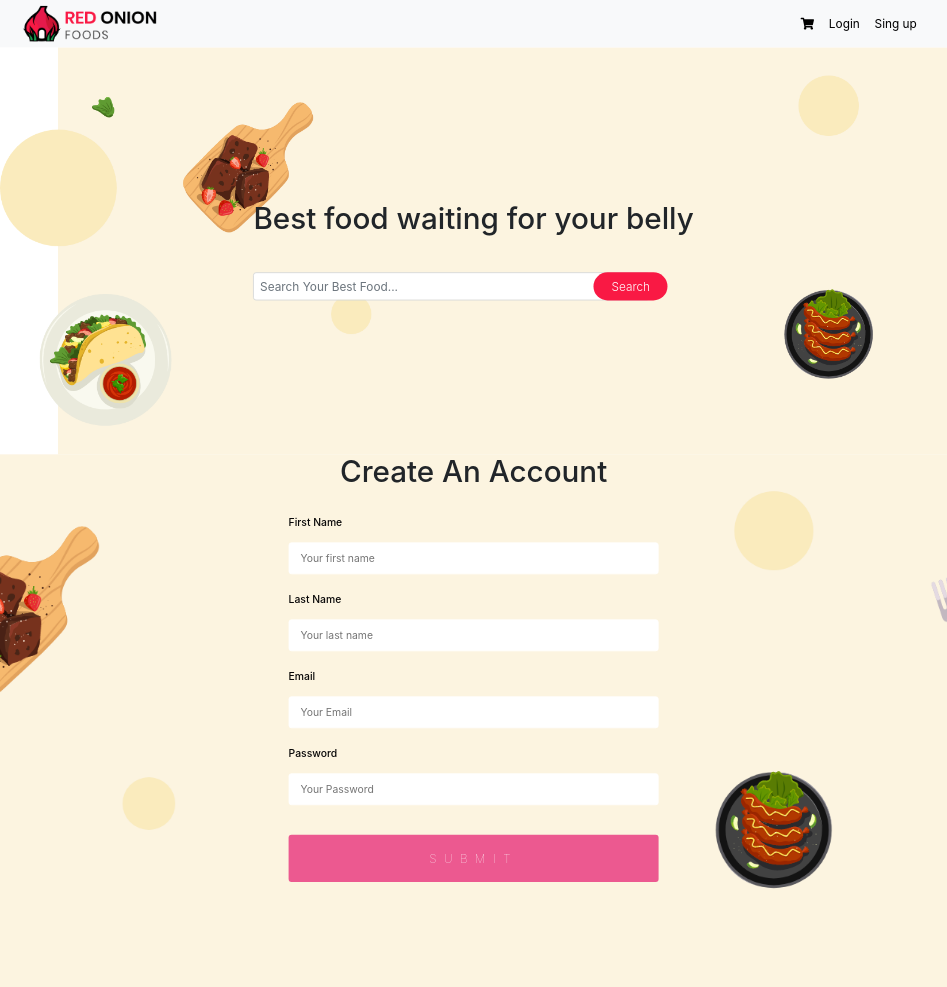
Repository: arif286/red-onion-client
Page: /singUp
An editor plug-in stored every save of this project. The page is shown before and after the next save, followed by the edit.
The browser window is 1280 px wide. The pictures show the whole page, at 74% of full size.
The project was rebuilt for these pictures with package versions that can differ from the ones it lists, and the page was loaded fresh each time. Some packages were replaced by stand-ins written for this rebuild. Also part of the build but not shown: src/App.css, src/components/FoodDetails/FoodDetail.css, src/components/FoodDetails/FoodDetail.js, src/components/DeliveryFood/DeliveryFood.js, src/components/Food/Food.css, src/components/Food/FoodItem.js, src/components/Food/Food.js, src/components/Home/Home.js and 2 more.

Above is the page before, as saved 2021-03-26 00:24:41.

### src/App.js
import "bootstrap/dist/css/bootstrap.min.css";
import React, { createContext, useState } from "react";
import { BrowserRouter as Router, Route, Switch } from "react-router-dom";
import './App.css';
import FoodDetail from "./components/FoodDetails/FoodDetail";
import Header from "./components/Header/Header";
import Home from './components/Home/Home';
import Login from "./components/LogIn/Login";
import SearchBar from "./components/SearchBar/SearchBar";
import SingUp from "./components/SingUp/SingUp";


export const UserContext = createContext();
function App() {
  const [loggedInUser, setLoggedInUser] = useState({});
  return (
    <UserContext.Provider value={[loggedInUser, setLoggedInUser]}>
      <Router>
        <Header/>
        <SearchBar/>
        <Switch>
          <Route path="/home">
            <Home />
          </Route>
          <Route path="/singUp">
            <SingUp />
          </Route>
          <Route path="/login">
            <Login />
          </Route>
          <Route path='/food/details/:foodId'>
            <FoodDetail/>
          </Route>
          <Route exact path="/">
            <Home />
          </Route>
        </Switch>
      </Router>
    </UserContext.Provider>
  );

}

export default App;

### src/components/Header/Header.js
import { faShoppingCart } from "@fortawesome/free-solid-svg-icons";
import { FontAwesomeIcon } from "@fortawesome/react-fontawesome";
import React from 'react';
import { NavLink } from "react-router-dom";
import logo from '../../onion-restaurent/logo2.png';
import './Header.css';
const cart = <FontAwesomeIcon icon={faShoppingCart} />;
const Header = () => {
    const header = {
        logo : {width: '180px'}
    }
    return (
      <div>
        <nav className="navbar navbar-expand-lg navbar-light bg-light">
          <div className="container-fluid">
            <div>
              <img style={header.logo} src={logo} alt="" />
            </div>
            <button
              className="navbar-toggler"
              type="button"
              data-bs-toggle="collapse"
              data-bs-target="#navbarNav"
              aria-controls="navbarNav"
              aria-expanded="false"
              aria-label="Toggle navigation"
            >
              <span className="navbar-toggler-icon"></span>
            </button>
            <div
              className="collapse  navbar-collapse justify-content-end"
              id="navbarNav"
            >
              <ul className="navbar-nav">
                <li className="nav-item">
                  <NavLink className="header-link" to="/">
                    {cart}
                  </NavLink>
                </li>
                <li className="nav-item">
                  <NavLink className="header-link" to="/login">
                    Login
                  </NavLink>
                </li>
                <li className="nav-item">
                  <NavLink className="header-link" to="/singUp">
                    Sing up
                  </NavLink>
                </li>
              </ul>
            </div>
          </div>
        </nav>
      </div>
    );
};

export default Header;

### src/components/SearchBar/SearchBar.js
import React from 'react';
import background from '../../onion-restaurent/bannerbackground.png';
import './SearchBar.css';


const SearchBar = () => {
    const searchBg = {
        bgImage: {
            backgroundImage: `url(${background})`,
            backgroundRepeat: 'no-repeat, repeat',
            width: '100%',
            height: '550px',
            backgroundSize: 'cover'
        },
        submitBtn: {

        },
        searchBar: {
            width: '50%'
        }
    }
    return (
      <div
        className="d-flex justify-content-center align-items-center"
        style={searchBg.bgImage}
      >
        <div>
          <h1>Best food waiting for your belly</h1>
          <div className="d-flex mt-5">
            <input
              className="form-control searchBar"
              type="text"
              placeholder="Search Your Best Food..."
            />
            <input className="search-btn" type="submit" value="Search" />
          </div>
        </div>
      </div>
    );
};

export default SearchBar;

### src/components/SingUp/SingUp.js
import React, { useContext } from 'react';
import { useForm } from "react-hook-form";
import { UserContext } from '../../App';
import image from '../../onion-restaurent/bannerbackground.png';
import { createAccountWithEmailPassword, initializeLoginFramework } from '../LogIn/LoginManager';
import './SingUp.css';
const bgImage = {
  backgroundImage: `url(${image})`,
  backgroundRepeat: "no-repeat, repeat",
  height: "100vh",
  backgroundSize: "cover",
    backgroundPosition: "bottom",
};

const SingUp = () => {
    const [loggedInUser, setLoggedInUser] = useContext(UserContext);
    const { register, handleSubmit, errors } = useForm();
    initializeLoginFramework();
    const onSubmit = (data) => {
        const { firstName, lastName, email, password } = data;
        const name = `${firstName} ${lastName}`
        createAccountWithEmailPassword(email, password, name)
        .then(res => {
            setLoggedInUser(res);
        }).catch(errors => {
            setLoggedInUser(errors);
        })
    };

    return (
      <div style={bgImage}>
        <h1 className="form-header"> Create An Account</h1>
        <form className="form-submit" onSubmit={handleSubmit(onSubmit)}>
          <label htmlFor="firstName">First Name</label>
          <input
            defaultValue=""
            name="firstName"
            placeholder="Your first name"
            ref={register({
              validate: (value) => value.length > 3,
              required: true,
            })}
          />
          {errors.firstName && <p>Your first name is less than 3 characters</p>}

          <label htmlFor="lastName">Last Name</label>
          <input
            defaultValue=""
            name="lastName"
            placeholder="Your last name"
            ref={register({
              validate: (value) => value.length > 2,
              required: true,
            })}
          />
          {errors.lastName && <p>Your last name is less than 2 characters</p>}

          <label htmlFor="email">Email</label>
          <input
            defaultValue=""
            name="email"
            placeholder="Your Email"
            type="email"
            ref={register({
              required: true,
              pattern: /^(([^<>()[\]\\.,;:\s@"]+(\.[^<>()[\]\\.,;:\s@"]+)*)|(".+"))@((\[[0-9]{1,3}\.[0-9]{1,3}\.[0-9]{1,3}\.[0-9]{1,3}\])|(([a-zA-Z\-0-9]+\.)+[a-zA-Z]{2,}))$/,
            })}
          />
          {errors.email && <p>Your email is invalid</p>}

          <label htmlFor="password">Password</label>
          <input
            defaultValue=""
            name="password"
            placeholder="Your Password"
            type="password"
            ref={register({
              required: true,
              pattern: /^(?=.*\d)(?=.*[a-z])(?=.*[A-Z]).{6,20}$/,
            })}
          />
          {errors.password && (
            <p>
              password between 6 to 20 characters which contain one numeric
              digit, one uppercase and one lowercase letter.
            </p>
          )}

          <input type="submit" />
          {loggedInUser.error && (
            <p>The email address is already in use by another account</p>
          )}
        </form>
      </div>
    );
};

export default SingUp;

### src/components/Header/Header.css
.header-link {
  color: black;
  display: inline-block;
  padding: 10px;
}
.header-link:hover {
  text-decoration: none;
  color: #777777;
}

### src/components/LogIn/LoginManager.js
import firebase from "firebase/app";
import "firebase/auth";
import firebaseConfig from "./firebase.config";


export const initializeLoginFramework = () => {
  if (firebase.apps.length === 0) {
    firebase.initializeApp(firebaseConfig);
  }
};

const provider = new firebase.auth.GoogleAuthProvider();

export const handleGoogleSingIn = () => {
    return firebase
      .auth()
      .signInWithPopup(provider)
      .then((result) => {

          const { displayName, email, phoneNumber, photoURL } = result.user;
          const signInUser = {
              isSignIn: true,
              name: displayName,
              email: email,
              phone: phoneNumber,
              photo: photoURL,
          };
          return signInUser;
      })
      .catch((error) => {
        // Handle Errors here.
        const signInUser = {
          isSignIn: false,
          name: '',
          email: '',
          password: '',
          phone: '',
          photo: '',
        }
        signInUser.error = error.message;
        return signInUser;
      });
}
export const logInWithEmailPassword = (email, password) => {
    return firebase
      .auth()
      .signInWithEmailAndPassword(email, password)
      .then(res => {
        const { displayName, email, password, phone, photoURL } = res.user;
        const loggedInUserInfo = {
          isSignedIn: true,
          name: displayName,
          email: email,
          password: password,
          photo: photoURL,
          phone: phone,
        };
        loggedInUserInfo.error = '';
        loggedInUserInfo.success = true;
      console.log(res.user);
        return loggedInUserInfo;
          })
      .catch((error) => {
          const loggedInUserInfo = {};
          loggedInUserInfo.error = error.message;
        loggedInUserInfo.success = false;
        console.log(error.message)
        return loggedInUserInfo;
      });
}

export const createAccountWithEmailPassword = (email, password, name) => {
  return firebase
    .auth()
    .createUserWithEmailAndPassword(email, password)
    .then((res) => {
      const { email, password, displayName } = res;
      const newUserInfo = {
        email: email,
        password: password,
        name: displayName,
      };
      newUserInfo.error = '';
      newUserInfo.success = true;
      updateUserName(name);
      return newUserInfo;
    })
    .catch((error) => {
      console.log(error);
      const newUserInfo = {};
      newUserInfo.error = error.message;
      newUserInfo.success = false;
      return newUserInfo;
    });
};

const updateUserName = (name) => {
  const user = firebase.auth().currentUser;

  user
    .updateProfile({
      displayName: name,
    })
    .then(function () {
      // Update successful.
      console.log("user name update");
    })
    .catch(function (error) {
      // An error happened.
      console.log(error);
    });
};

const fbProvider = new firebase.auth.FacebookAuthProvider();

export const handleFacebookSignIn = () => {
   return firebase
    .auth()
    .signInWithPopup(fbProvider)
    .then((result) => {
      const { displayName, email, phoneNumber, photoURL } = result.user;
      const signInUser = {
        isSignIn: true,
        name: displayName,
        email: email,
        phone: phoneNumber,
        photo: photoURL,
      };
      return signInUser;
    })
     .catch((error) => {
      console.log(error);
      const signInUser = {
        isSignIn: false,
        name: "",
        email: "",
        password: "",
        phone: "",
        photo: "",
      };
      signInUser.error = error.message;
      return signInUser;

      // ...
    });
}

### src/components/SearchBar/SearchBar.css
.search-btn {
  outline: none;
  background-color: #f91944;
  display: inline-block;
  width: 100px;
  padding: 7px;
  border-radius: 50px;
  color: white;
  border: none;
  font-weight: 300;
  position: absolute;
  margin-left: 460px;
}
.searchBar {
  position: relative;
  width: 90%;
  padding: 8px;
}

### src/components/SingUp/SingUp.css
.form-submit {
  max-width: 500px;
  margin: 0 auto;
}

.form-header {
  /* font-weight: 100; */
  text-align: center;
  padding-bottom: 10px;
}

.form {
  background: #0e101c;
  max-width: 400px;
  margin: 0 auto;
}

.form-submit p {
  color: #bf1650;
}

.form-submit p::before {
  display: inline;
  content: "⚠ ";
}

.form-submit input {
  display: block;
  box-sizing: border-box;
  width: 100%;
  border-radius: 4px;
  border: 1px solid white;
  padding: 10px 15px;
  margin-bottom: 10px;
  font-size: 14px;
}

.form-submit label {
  line-height: 2;
  text-align: left;
  display: block;
  margin-bottom: 13px;
  margin-top: 20px;
  color: #080707;
  font-size: 14px;
  font-weight: 500;
}

button[type="submit"],
.form-submit input[type="submit"] {
  background: #ec5990;
  color: white;
  text-transform: uppercase;
  border: none;
  margin-top: 40px;
  padding: 20px;
  font-size: 16px;
  font-weight: 100;
  letter-spacing: 10px;
}

button[type="submit"]:hover,
.form-submit input[type="submit"]:hover {
  background: #bf1650;
}

/* button[type="submit"]:active,
.form-submit input[type="button"]:active,
.form-submit input[type="submit"]:active {
  transition: 0.3s all;
  transform: translateY(3px);
  border: 1px solid transparent;
  opacity: 0.8;
}

.form-submit input:disabled {
  opacity: 0.4;
}

.form-submit input[type="button"]:hover {
  transition: 0.3s all;
}

button[type="submit"],
.form-submit input[type="button"],
.form-submit input[type="submit"] {
  -webkit-appearance: none;
}

.App {
  max-width: 600px;
  margin: 0 auto;
}

button[type="button"] {
  display: block;
  appearance: none;
  background: #333;
  color: white;
  border: none;
  text-transform: uppercase;
  padding: 10px 20px;
  border-radius: 4px;
}

pre {
  color: white;
}

hr {
  margin-top: 30px;
}

button {
  display: block;
  appearance: none;
  margin-top: 40px;
  border: 1px solid #333;
  margin-bottom: 20px;
  text-transform: uppercase;
  padding: 10px 20px;
  border-radius: 4px;
} */

### src/components/LogIn/firebase.config.js
const firebaseConfig = {
  apiKey: "AIzaSyBWzfoc-TsST_RbsttCqWiNlDbUF6bRq4I",
  authDomain: "red-onion-food-shop.firebaseapp.com",
  projectId: "red-onion-food-shop",
  storageBucket: "red-onion-food-shop.appspot.com",
  messagingSenderId: "577645791834",
  appId: "1:577645791834:web:0a8111144bda71c388e663",
};
export default firebaseConfig;

### src/components/Footer/Footer.js
import React from 'react';
import { NavLink } from 'react-bootstrap';
import Logo from '../../onion-restaurent/logo2.png';
import './Footer.css';

const Footer = () => {
    return (
      <footer>
        <div className="container">
          <div className="row pt-5">
            <div className="col-md-6 col-sm-12 pb-4">
              <img className="footer-img" src={Logo} alt="" />
            </div>
            <div className="col-md-3 col-sm-12 pb-4">
              <ul className="nav flex-column">
                <li className="nav-item">
                  <NavLink
                    className="nav-link active footer-link"
                    aria-current="page"
                    to="/"
                  >
                    About online food
                  </NavLink>
                </li>
                <li className="nav-item">
                  <NavLink className="nav-link footer-link" to="/">
                    Read our blog
                  </NavLink>
                </li>
                <li className="nav-item">
                  <NavLink className="nav-link footer-link" to="/">
                    Sign up to delivery
                  </NavLink>
                </li>
                <li className="nav-item">
                  <NavLink className="nav-link footer-link" to="/">
                    Add your restaurant
                  </NavLink>
                </li>
              </ul>
            </div>
            <div className="col-md-3 col-sm-12 pb-4">
              <ul className="nav flex-column">
                <li className="nav-item">
                  <NavLink
                    className="nav-link footer-link"
                    aria-current="page"
                    to="/"
                  >
                    Get help
                  </NavLink>
                </li>
                <li className="nav-item">
                  <NavLink className="nav-link footer-link" to="/">
                    Read FAQS
                  </NavLink>
                </li>
                <li className="nav-item">
                  <NavLink className="nav-link footer-link" to="/">
                    View all cities
                  </NavLink>
                </li>
                <li className="nav-item">
                  <NavLink className="nav-link footer-link" to="/">
                    Restaurants near me
                  </NavLink>
                </li>
              </ul>
            </div>
          </div>

          <div className="row">
            <div className="col-md-7">
              <p className='copy-right'>
                <small>
                  copyright<span>&#169;</span>online food
                </small>
              </p>
            </div>
            <div className="col-md-5">
              <div className='d-flex'>
                <NavLink className="footer-link">Privacy Policy</NavLink>
                <NavLink className="footer-link">Terms of Use</NavLink>
                <NavLink className="footer-link">Pricing</NavLink>
              </div>
            </div>
          </div>
        </div>
      </footer>
    );
};

export default Footer;

### src/components/Footer/Footer.css
.footer-img {
  width: 150px;
}
footer {
  background-color: #191919;
  height: 400px;
}
.footer-link {
  color: white;
}
.footer-link:hover {
  color: #878787;
}
.copy-right {
  color: white;
}

Loaded but not shown: public/index.html (common file); src/index.js (common file); src/index.css (common file); src/reportWebVitals.js (common file)

After the next save:
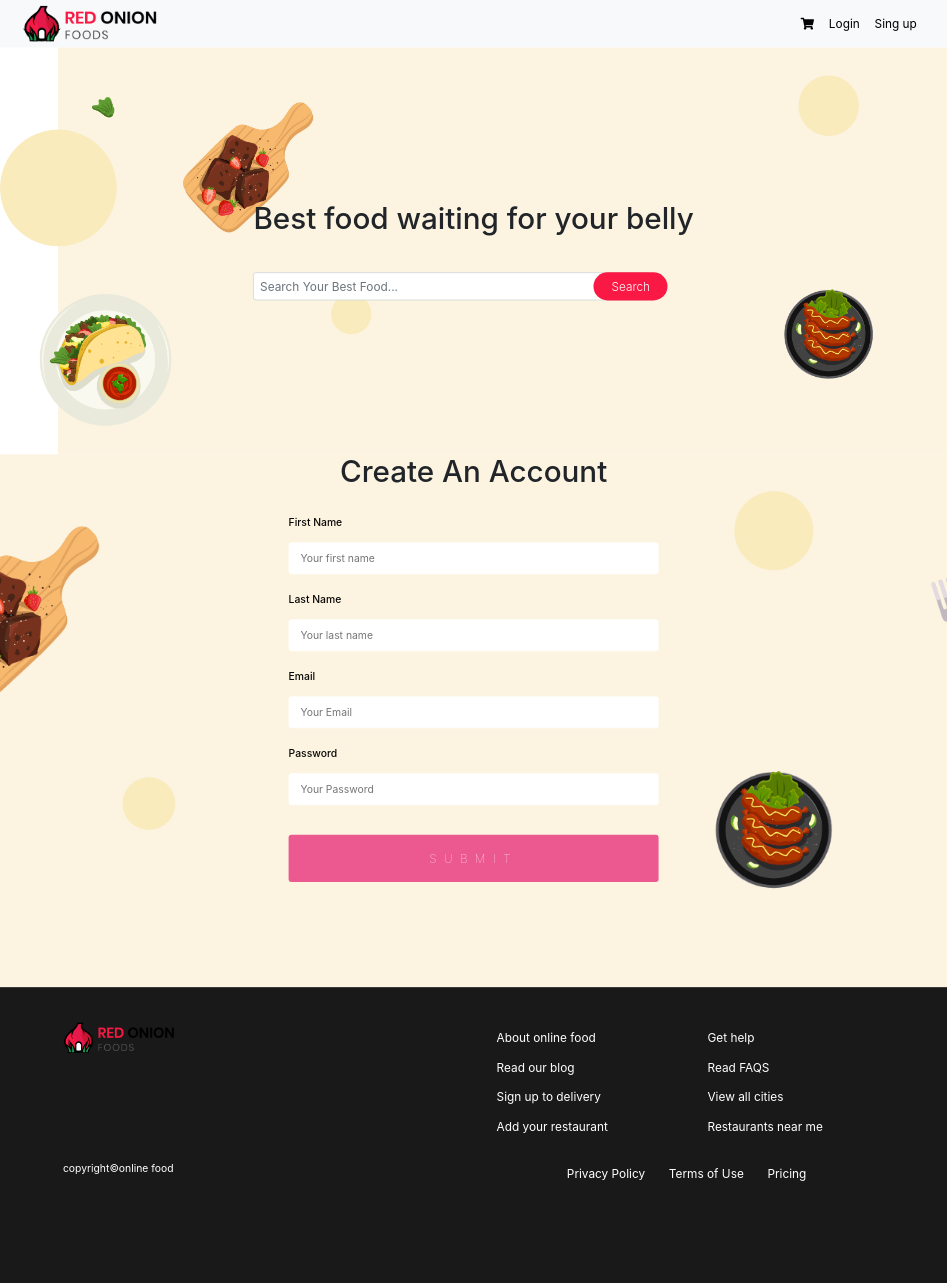
Saved 104 s later.
--- a/src/App.js
+++ b/src/App.js
@@ -3,6 +3,7 @@ import React, { createContext, useState } from "react";
 import { BrowserRouter as Router, Route, Switch } from "react-router-dom";
 import './App.css';
 import FoodDetail from "./components/FoodDetails/FoodDetail";
+import Footer from "./components/Footer/Footer";
 import Header from "./components/Header/Header";
 import Home from './components/Home/Home';
 import Login from "./components/LogIn/Login";
@@ -16,8 +17,8 @@ function App() {
   return (
     <UserContext.Provider value={[loggedInUser, setLoggedInUser]}>
       <Router>
-        <Header/>
-        <SearchBar/>
+        <Header />
+        <SearchBar />
         <Switch>
           <Route path="/home">
             <Home />
@@ -28,13 +29,14 @@ function App() {
           <Route path="/login">
             <Login />
           </Route>
-          <Route path='/food/details/:foodId'>
-            <FoodDetail/>
+          <Route path="/food/details/:foodId">
+            <FoodDetail />
           </Route>
           <Route exact path="/">
             <Home />
           </Route>
         </Switch>
+        <Footer />
       </Router>
     </UserContext.Provider>
   );
